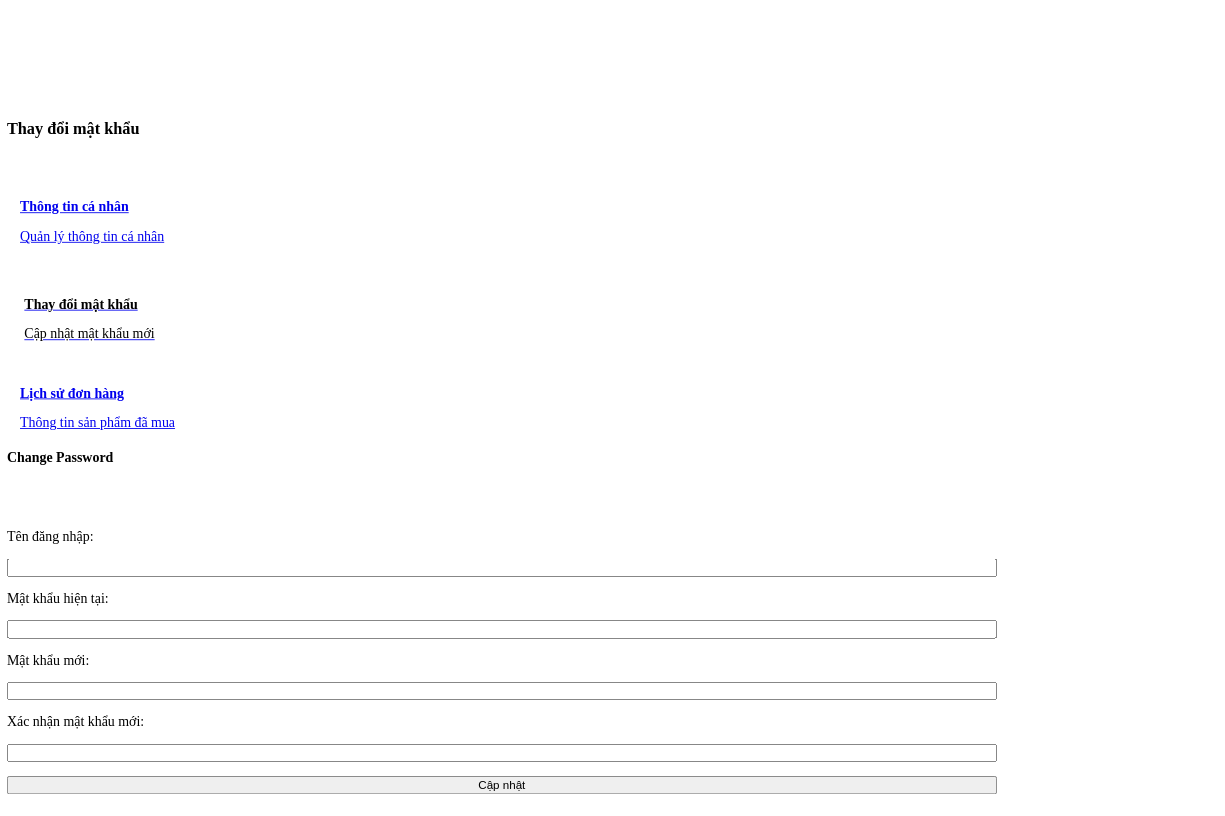
Repository: nguyengiabao245/NHOM3_C2
Page: http://localhost/DoAnJava/WEB-INF/views/account/change.jsp
The author's editor kept a copy of each file at every save. The page is drawn from the files as they stood at one save, then again after the next save.
The browser window is 1280 px wide. The page is 1408 px wide, so the pictures cover 1408 px, including what lies to the right of the window. The pictures show the whole page, at 87% of full size.
The page is served by Tomcat 9. Nobody is signed in. The template is opened directly, without the code that normally fills it, so the values that code supplies are empty.

Above is the page before, as saved 2022-05-16 06:14:13.

After the next save:
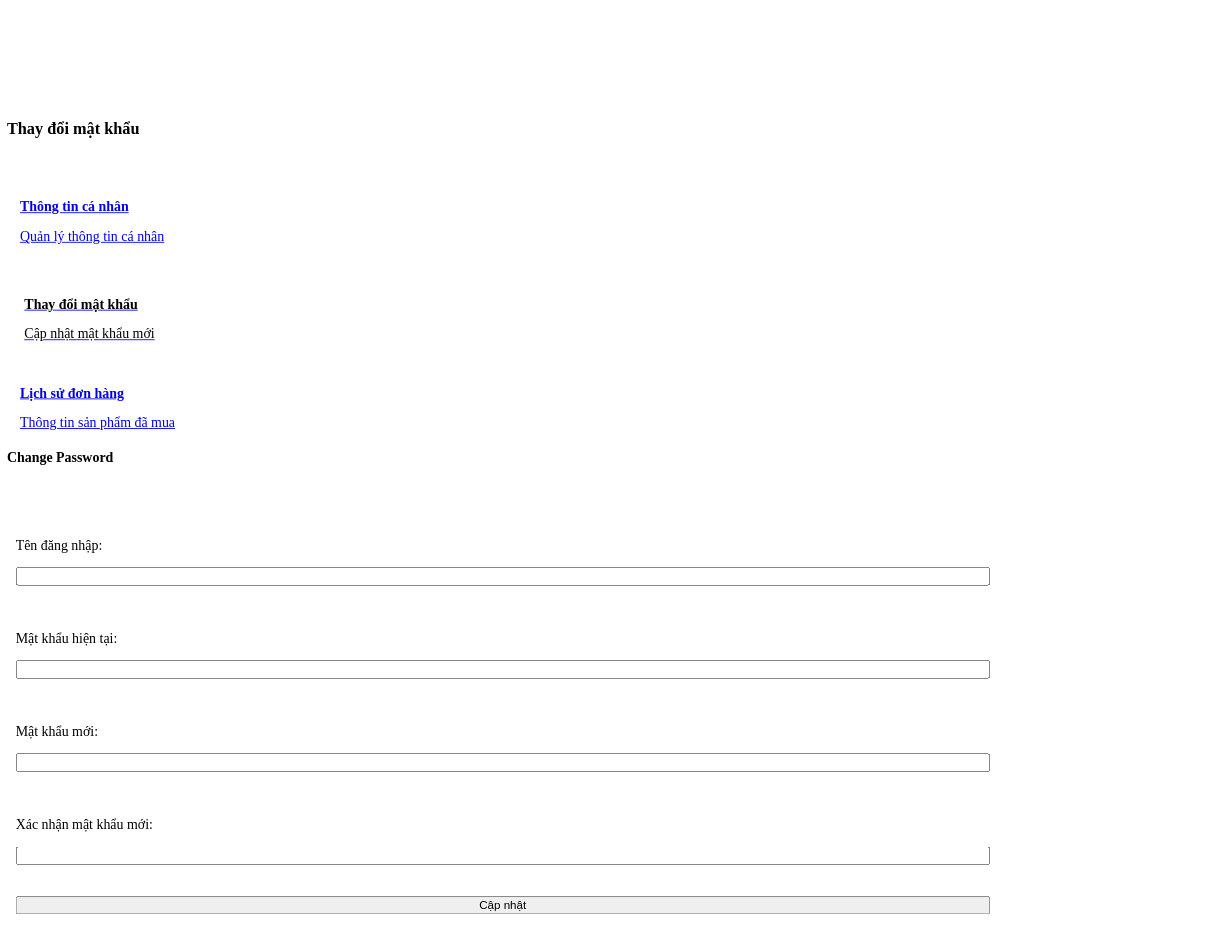
Saved 31 s later.
--- a/DoAnJava/src/main/webapp/WEB-INF/views/account/change.jsp
+++ b/DoAnJava/src/main/webapp/WEB-INF/views/account/change.jsp
@@ -74,7 +74,7 @@
 					<form:form action="/account/change" method="post" modelAttribute="form" enctype="multipart/form-data">
 						<br>
 						<br/>
-						<div class="row">
+						<div class="row" style="padding:10px">
 							<div class="col-sm-4">
 								<p>Tên đăng nhập:</p>
 							</div>
@@ -84,7 +84,7 @@
 								</p>
 							</div>
 						</div>
-						<div class="row">
+						<div class="row" style="padding:10px">
 							<div class="col-sm-4">
 								<p>Mật khẩu hiện tại:</p>
 							</div>
@@ -94,7 +94,7 @@
 								</p>
 							</div>
 						</div>
-						<div class="row">
+						<div class="row" style="padding:10px">
 							<div class="col-sm-4">
 								<p>Mật khẩu mới:</p>
 							</div>
@@ -104,7 +104,7 @@
 								</p>
 							</div>
 						</div>
-						<div class="row">
+						<div class="row" style="padding:10px">
 							<div class="col-sm-4">
 								<p>Xác nhận mật khẩu mới:</p>
 							</div>
@@ -114,7 +114,7 @@
 								</p>
 							</div>
 						</div>
-						<div class="row">
+						<div class="row" style="padding:10px">
 							<div class="col-sm-4"></div>
 							<div class="col-sm-8">
 								<button class="btn btn-success" style="width: 90%;">Cập nhật</button>
